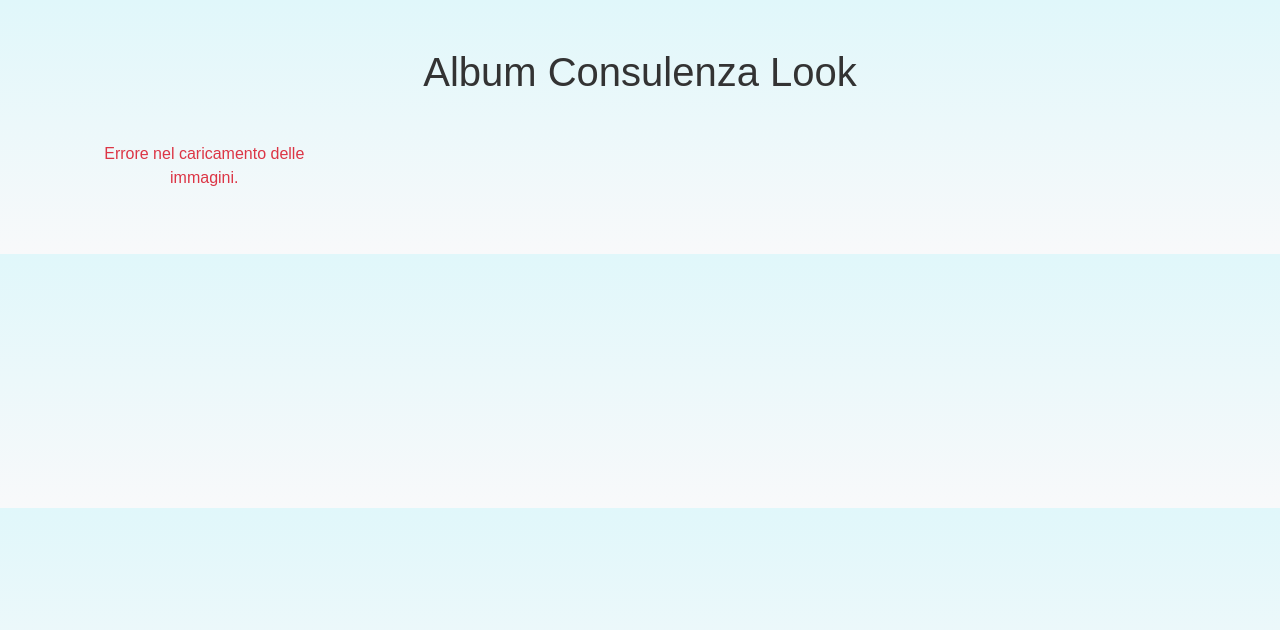
Repository: Probyte5D/Armocromia-website
Page: album.html
The author's editor kept a copy of each file at every save. The page is drawn from the files as they stood at one save, then again after the next save.
The browser window is 1280 px wide. The pictures show the whole page.
The page's requests for data from a server got no answer.

Above is the page before, as saved 2025-04-18 21:47:01.

### album.html
<!DOCTYPE html>
<html lang="it">
<head>
  <meta charset="UTF-8">
  <meta name="viewport" content="width=device-width, initial-scale=1.0">
  <title>Album Consulenza Look</title>
  <link href="https://cdn.jsdelivr.net/npm/bootstrap@5.1.0/dist/css/bootstrap.min.css" rel="stylesheet">
  <!-- Link al CSS personalizzato -->
  <link rel="stylesheet" href="album.css" />
</head>
<body>
  <div class="container py-5">
    <h1 class="text-center mb-4">Album Consulenza Look</h1>
    <div id="lookAlbum" class="row g-3">
      <!-- Le immagini saranno caricate qui dinamicamente -->
    </div>
  </div>

  <!-- Caricamento dei file JS di Bootstrap e il tuo JS personalizzato -->
  <script src="https://cdn.jsdelivr.net/npm/bootstrap@5.1.0/dist/js/bootstrap.bundle.min.js"></script>
  <script src="album.js"></script>
</body>
</html>

### album.css
/* Impostiamo il background con un gradiente leggero e font di base */
body {
  background: linear-gradient(to bottom, #e0f7fa, #f8f9fa); /* Gradiente blu chiaro a bianco */
  font-family: 'Arial', sans-serif;
  color: #333;
}

/* Layout per il contenitore delle immagini */
#lookAlbum {
  display: grid;
  grid-template-columns: repeat(4, 1fr); /* 4 immagini per riga */
  gap: 30px;  /* Spazio maggiore tra le immagini */
  margin-top: 30px;
}

/* Card immagine, posizione relativa per caption */
.album-item {
  position: relative;
  overflow: hidden;
  border-radius: 10px;
  box-shadow: 0 4px 15px rgba(0, 0, 0, 0.1);
  background-color: white;
  height: 400px;  /* Aumentato l'altezza per immagini più grandi */
  width: 300px;
}

/* Immagini più grandi con altezza automatica per mantenere il rapporto */
.album-item img {
  width: 100%;
  height: 100%;
  object-fit: cover;  /* Assicura che l'immagine riempi il contenitore senza distorsioni */
  object-position: center;  /* Centra l'immagine se è più grande del contenitore */
  transition: transform 0.3s ease-in-out;
}

/* Effetto hover per ingrandire l'immagine */
.album-item:hover img {
  transform: scale(1.1); /* Ingrandisce l'immagine al passaggio del mouse */
}

/* Caption sovrapposta sopra l'immagine */
.album-item .caption {
  position: absolute;
  bottom: 0;
  left: 0;
  right: 0;
  padding: 15px;
  background: rgba(0, 0, 0, 0.5);
  color: white;
  text-align: center;
  font-size: 1.2rem;
  font-weight: bold;
}

/* Sezione di descrizione dell'album */
.album-description {
  text-align: center;
  padding: 20px;
  background-color: rgba(0, 0, 0, 0.1);
  border-radius: 10px;
  margin-top: 30px;
  font-size: 1.2rem;
}

/* Responsività per schermi più piccoli */
@media (max-width: 768px) {
  #lookAlbum {
    grid-template-columns: 1fr 1fr;  /* 2 immagini per riga su schermi medi */
  }
}

@media (max-width: 480px) {
  #lookAlbum {
    grid-template-columns: 1fr;  /* 1 immagine per riga su schermi piccoli */
  }
}

### album.js

    const API_KEY = '1J5XZG6HEjef4TKrOiBtmHWoMJVdLRUIxplL9GJzFHBeI64zgRPny53m';
    const query = 'fashion look';  // Modifica la query per altre immagini

    // Carica le immagini
    fetch(`https://api.pexels.com/v1/search?query=${encodeURIComponent(query)}&per_page=52`, {
      headers: { Authorization: API_KEY }
    })
    .then(r => r.json())
    .then(data => {
      const row = document.getElementById('lookAlbum');
      if (data && data.photos) {
        data.photos.forEach(photo => {
          const col = document.createElement('div');
          col.className = 'col-6 col-md-4';
          col.innerHTML = `
            <img src="${photo.src.medium}" class="img-fluid rounded shadow-sm" alt="${photo.photographer}" title="Ph: ${photo.photographer}">
          `;
          row.appendChild(col);
        });
      } else {
        row.innerHTML = '<p class="text-danger text-center">Nessuna immagine trovata per questa ricerca.</p>';
      }
    })
    .catch(err => {
      console.error(err);
      const row = document.getElementById('lookAlbum');
      row.innerHTML = '<p class="text-danger text-center">Errore nel caricamento delle immagini.</p>';
    });

After the next save:
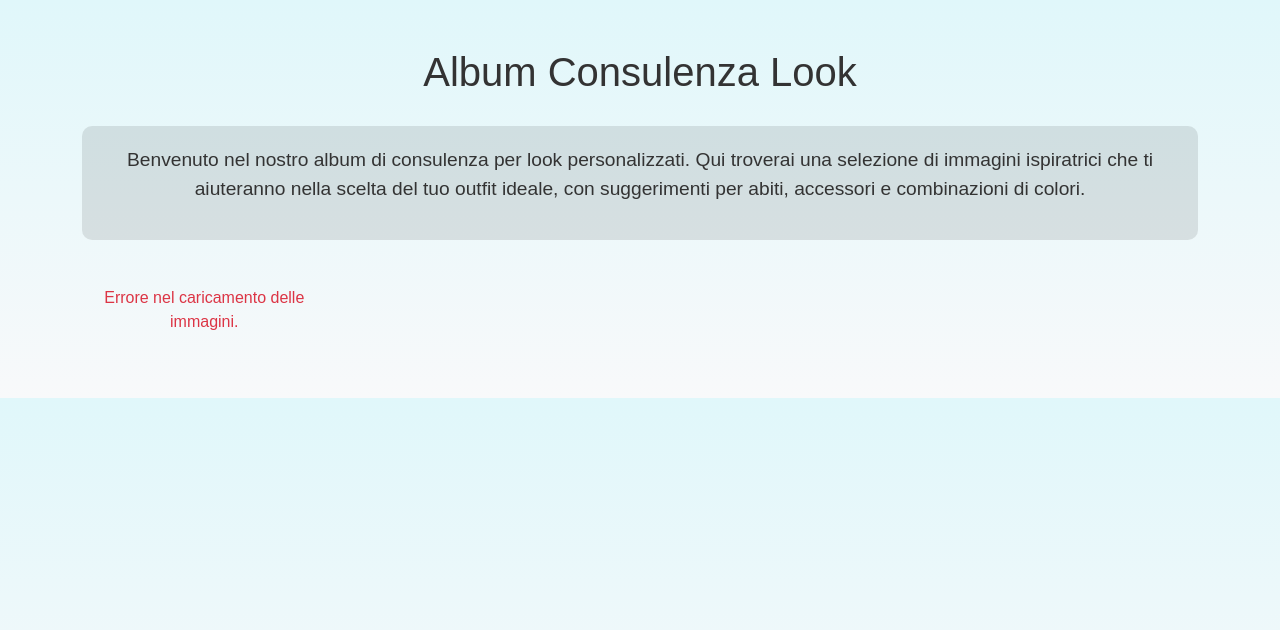
Saved 27 s later.
--- a/album.html
+++ b/album.html
@@ -5,18 +5,25 @@
   <meta name="viewport" content="width=device-width, initial-scale=1.0">
   <title>Album Consulenza Look</title>
   <link href="https://cdn.jsdelivr.net/npm/bootstrap@5.1.0/dist/css/bootstrap.min.css" rel="stylesheet">
-  <!-- Link al CSS personalizzato -->
+  <!-- CSS personalizzato -->
   <link rel="stylesheet" href="album.css" />
 </head>
 <body>
   <div class="container py-5">
+    <!-- Titolo principale dell'album -->
     <h1 class="text-center mb-4">Album Consulenza Look</h1>
+
+    <!-- Descrizione dell'album -->
+    <div class="album-description">
+      <p>Benvenuto nel nostro album di consulenza per look personalizzati. Qui troverai una selezione di immagini ispiratrici che ti aiuteranno nella scelta del tuo outfit ideale, con suggerimenti per abiti, accessori e combinazioni di colori.</p>
+    </div>
+
+    <!-- Contenitore delle immagini -->
     <div id="lookAlbum" class="row g-3">
-      <!-- Le immagini saranno caricate qui dinamicamente -->
+      <!-- Le immagini verranno caricate dinamicamente qui -->
     </div>
   </div>
 
-  <!-- Caricamento dei file JS di Bootstrap e il tuo JS personalizzato -->
   <script src="https://cdn.jsdelivr.net/npm/bootstrap@5.1.0/dist/js/bootstrap.bundle.min.js"></script>
   <script src="album.js"></script>
 </body>
